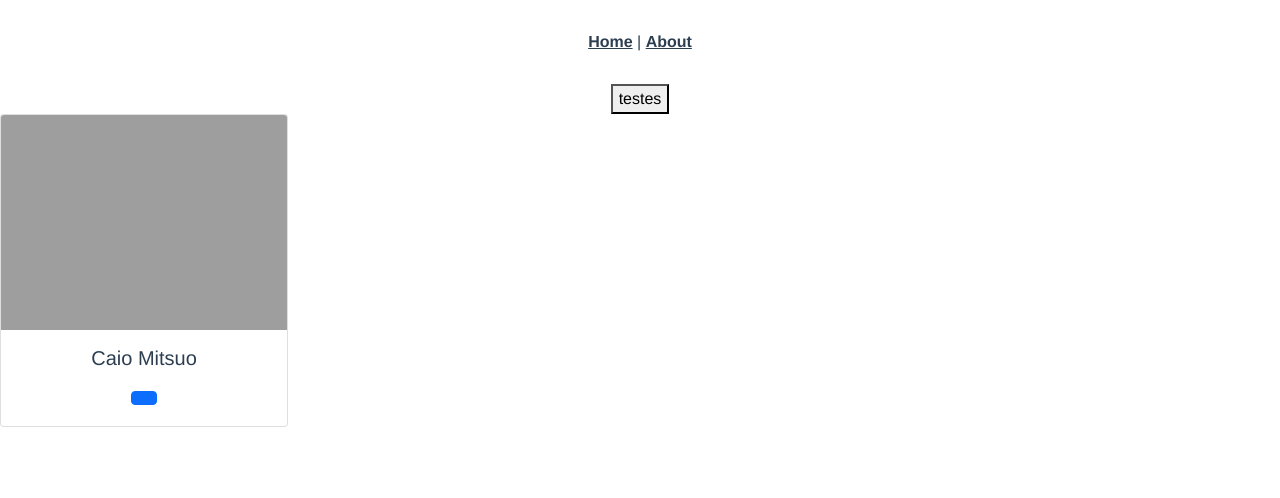
Repository: caiomitsuo/ContactsVueJs
Page: /lista
An editor plug-in stored every save of this project. The page is shown before and after the next save, followed by the edit.
The browser window is 1280 px wide. The pictures show the whole page.
Pictures or frames that could not be fetched are drawn as grey boxes. The page's requests for data from a server got no answer. The project was rebuilt for these pictures with package versions that can differ from the ones it lists, and the page was loaded fresh each time. No one was signed in, and anything a server would have sent is missing. Also part of the build but not shown: vue.config.js, src/components/HelloWorld.vue, src/views/HomeView.vue.

Above is the page before, as saved 2022-04-30 12:27:00.

After the next save:
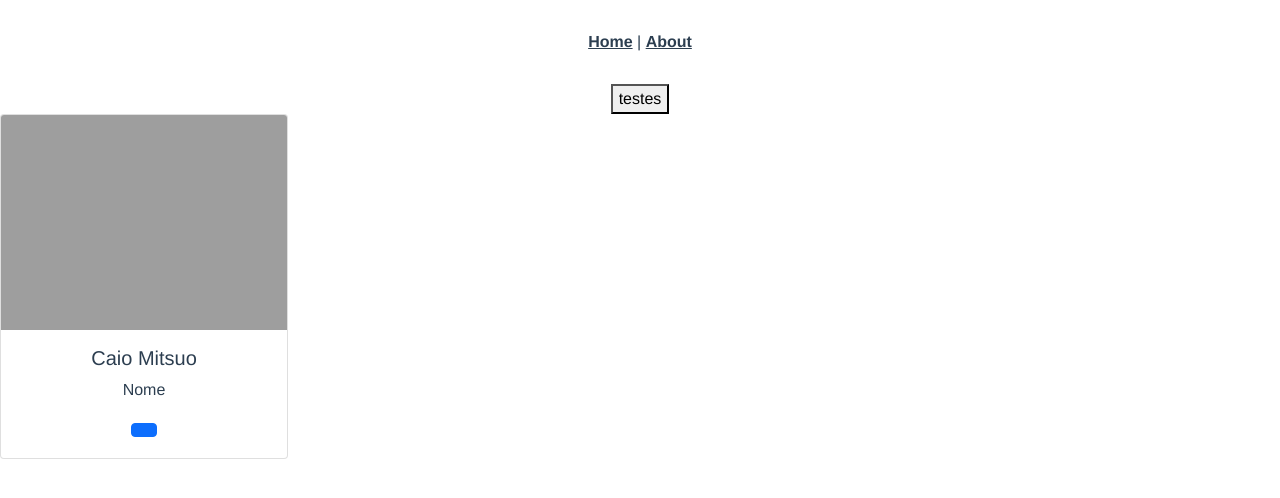
Saved 17 s later.
--- a/src/views/ListView.vue
+++ b/src/views/ListView.vue
@@ -5,7 +5,7 @@
          <img class="card-img-top" src="https://www.psicologo.com.br/wp-content/uploads/sou-uma-pessoa-boa-ou-nao.jpg">
         <div class="card-body">
     <h5 class="card-title">Caio Mitsuo</h5>
-    <p class="card-text"></p>
+    <p class="card-text">Nome</p>
     <p class="card-text"></p>
     <p class="card-text"></p>
     <a href="#" class="btn btn-primary"></a>
